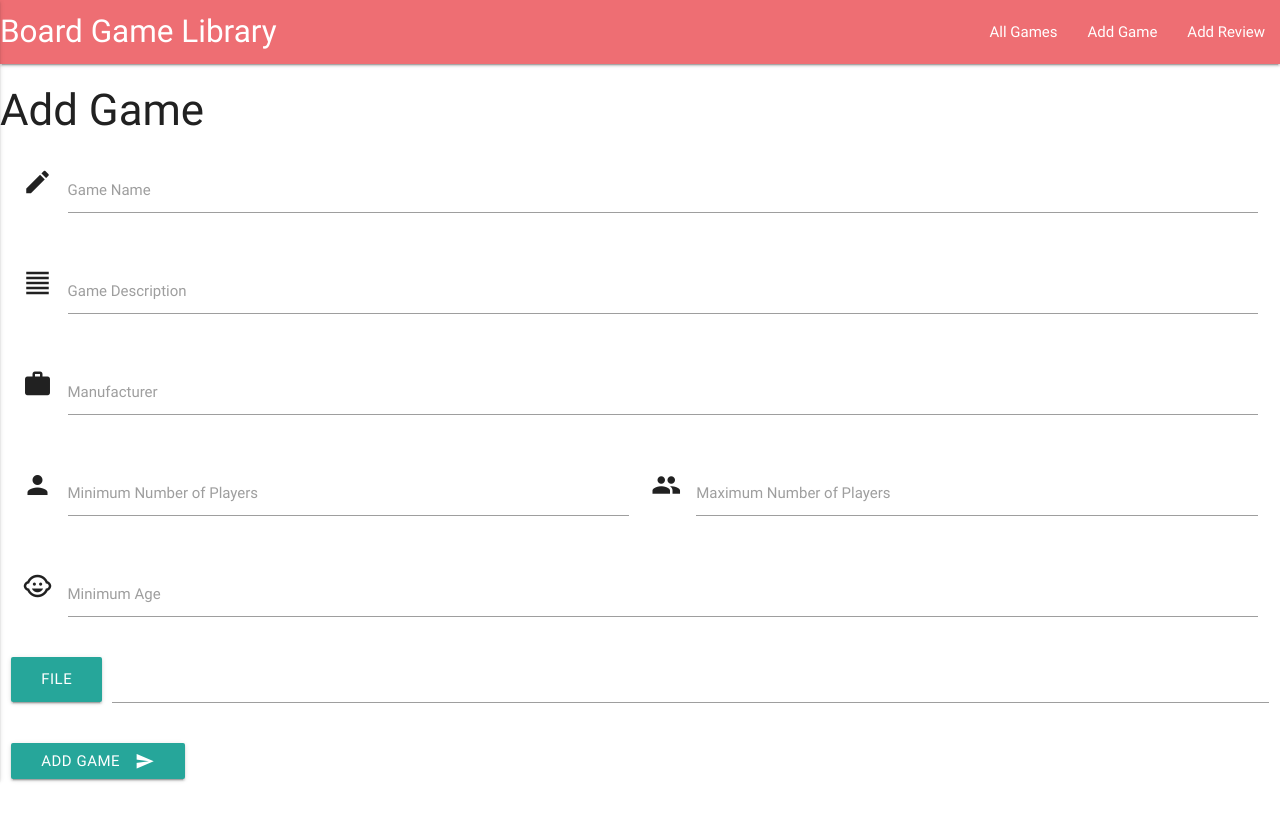
Repository: arcorco/dcd-milestone
Page: http://localhost/add_game
The author's editor kept a record of every edit. The page is drawn from the files as they stood at one moment, then again after the next edit.
The browser window is 1280 px wide. The pictures show the whole page.
Some web libraries are served in a nearby version. The page is served by the project's application, run on Flask 3 (app.py).

Above is the page before.

### templates/addgame.html
{% extends 'base.html'%} {% block content %}

<h3>Add Game</h3>
<div class="row">
  <form action="{{url_for('insert_game')}}" method="POST" class="col s12" enctype="multipart/form-data">
    <div class="row">
      <div class="input-field col s12">
        <i class="material-icons prefix">create</i>
        <input id="game_name" name="game_name" type="text" class="validate">
        <label for="game_name">Game Name</label>
      </div>
    </div>
    <div class="row">
      <div class="input-field col s12">
        <i class="material-icons prefix">format_align_justify</i>
        <input id="game_description" name="game_description" type="text" class="validate" data-length="120" />
        <label for="game_description">Game Description</label>
      </div>
    </div>
    <div class="row">
      <div class="input-field col s12">
        <i class="material-icons prefix">work</i>
        <input id="manufacturer" name="manufacturer" type="text" class="validate">
        <label for="manufacturer">Manufacturer</label>
      </div>
    </div>
    <div class="row">
      <div class="input-field col s6">
        <i class="material-icons prefix">person</i>
        <input name="number_of_players_min" id="number_of_players_min" type="text" class="validate">
        <label for="number_of_players_min">Minimum Number of Players</label>
      </div>

      <div class="input-field col s6">
        <i class="material-icons prefix">group</i>
        <input id="number_of_players_max" name="number_of_players_max" type="text" class="validate">
        <label for="number_of_players_max">Maximum Number of Players</label>
      </div>
    </div>
    <div class="row">
      <div class="input-field col s12">
        <i class="material-icons prefix">child_care</i>
        <input id="age_range" name="age_range" type="text" class="validate">
        <label for="age_range">Minimum Age</label>
      </div>
    </div>
    <div class="row">
      <div class="file-field input-field">
        <div class="btn tooltipped">
          <span>File</span>
          <input type="file" name="game_image" id="game_image">
        </div>
        <div class="file-path-wrapper">
          <input class="file-path validate" type="text">
        </div>
      </div>
    </div>
    <div class="row">
      <button class="btn waves-effect waves-light" type="submit">Add Game
    <i class="material-icons right">send</i>
  </button>
    </div>

  </form>
</div>

{% endblock %}

### templates/base.html
<!DOCTYPE html>
<html>

<head>
    <link href="https://fonts.googleapis.com/icon?family=Material+Icons" rel="stylesheet">
    <link rel="stylesheet" href="https://cdnjs.cloudflare.com/ajax/libs/materialize/0.100.2/css/materialize.min.css">
    <link rel="stylesheet" type="text/css" href="//cdn.jsdelivr.net/npm/slick-carousel@1.8.1/slick/slick.css" />
    <link rel="stylesheet" href="{{url_for('static', filename='css/style.css')}}" type="text/css" />
</head>

<body>
    <header>
        <nav>
            <div class="nav-wrapper">
                <a href="#" class="brand-logo">Board Game Library</a>
                <a href="#" data-activates="mobile-demo" class="button-collapse"><i class="material-icons">menu</i></a>
                <ul id="nav-mobile" class="right hide-on-med-and-down">
                    <li><a href="{{url_for('get_games')}}">All Games</a></li>
                    <li><a href="{{url_for('add_game')}}">Add Game</a></li>
                    <li><a href="{{url_for('add_review')}}">Add Review</a></li>
                </ul>

                <ul class="side-nav" id="mobile-demo">
                    <li><a href="{{url_for('get_games')}}">All Games</a></li>
                    <li><a href="{{url_for('add_game')}}">Add Game</a></li>
                    <li><a href="{{url_for('add_review')}}">Add Review</a></li>
                </ul>
            </div>
        </nav>
    </header>
    {% block content %} {% endblock %}

    <script src="https://cdnjs.cloudflare.com/ajax/libs/jquery/3.2.1/jquery.min.js"></script>
    <script src="https://cdnjs.cloudflare.com/ajax/libs/materialize/0.100.2/js/materialize.min.js"></script>
    <script type="text/javascript" src="//cdn.jsdelivr.net/npm/slick-carousel@1.8.1/slick/slick.min.js"></script>
    <script type="text/javascript">
        $(document).ready(function() {
            $('.game-carousel').slick({});

            $('input#game_description').characterCounter();

            $('select').material_select();

            $('.button-collapse').sideNav();

            $('.materialboxed').materialbox();

            $('.tooltipped').tooltip();

            function dropdown_validation()
            {
                if(document.getElementById("rating").value == "")
                {
                    alert("Please select a rating out of 5")
                }
            }


        });
    </script>
</body>

</html>

### app.py
import os
from flask import Flask, render_template, redirect, request, url_for
from flask_pymongo import PyMongo
from bson.objectid import ObjectId

app = Flask(__name__)

app.config["MONGO_DNAME"] = 'game_review'
app.config["MONGO_URI"] = 'mongodb+srv://first_user:WG9zKqgDwfDTHNa@myfirstcluster-74ub4.mongodb.net/game_review?retryWrites=true&w=majority'
#environment variable for username and password

mongo = PyMongo(app)

@app.route('/')

@app.route('/file/<filename>')
def file(filename):
    return mongo.send_file(filename)

@app.route('/get_games')
def get_games():
    return render_template('games.html', games=mongo.db.games.find())

@app.route('/add_game')
def add_game():
    return render_template('addgame.html')

@app.route('/insert_game', methods=['POST'])
def insert_game():
    if 'game_image' in request.files:
        game_image = request.files['game_image']
        mongo.save_file(game_image.filename, game_image)
    games = mongo.db.games
    new_game = request.form.to_dict()
    min_players = new_game.get("number_of_players_min")
    max_players = new_game.get("number_of_players_max")
    players = "%s-%s" % (min_players, max_players)
    new_game.update( {'number_of_players' : players} )
    new_game.update( {'game_image_name' : game_image.filename})
    games.insert_one(new_game)
    return redirect(url_for('get_games'))

@app.route('/edit_game/<game_id>')
def edit_game(game_id):
    the_game = mongo.db.games.find_one({"_id": ObjectId(game_id)})
    return render_template('editgame.html', game=the_game)

@app.route('/update_game/<game_id>', methods=["POST"])
def update_game(game_id):
    if 'game_image' in request.files:
        game_image = request.files['game_image']
        mongo.save_file(game_image.filename, game_image)
    games = mongo.db.games
    the_game = mongo.db.games.find_one({"_id": ObjectId(game_id)})
    game_image_name = the_game.get('game_image_name')
    if game_image_name == "":
        games.update( {'_id': ObjectId(game_id)},
        { '$set': {
            'game_name':request.form.get('game_name'),
            'game_description':request.form.get('game_description'),
            'manufacturer':request.form.get('manufacturer'),
            'number_of_players_min':request.form.get('number_of_players_min'),
            'number_of_players_max':request.form.get('number_of_players_max'),
            'number_of_players':"%s-%s" % (request.form.get('number_of_players_min'), request.form.get('number_of_players_max')),
            'age_range': request.form.get('age_range'),
            'game_image_name': game_image.filename
        }})
    else:
        games.update_one( {'_id': ObjectId(game_id)},
        { '$set': {
            'game_name':request.form.get('game_name'),
            'game_description':request.form.get('game_description'),
            'manufacturer':request.form.get('manufacturer'),
            'number_of_players_min':request.form.get('number_of_players_min'),
            'number_of_players_max':request.form.get('number_of_players_max'),
            'number_of_players':"%s-%s" % (request.form.get('number_of_players_min'), request.form.get('number_of_players_max')),
            'age_range': request.form.get('age_range')
        }})
    return redirect(url_for('get_games'))

@app.route('/delete_game/<game_id>')
def delete_game(game_id):
    mongo.db.games.remove({'_id': ObjectId(game_id)})
    return redirect(url_for('get_games'))

@app.route('/get_reviews')
def get_reviews():
    return render_template('reviews.html', reviews=mongo.db.reviews.find())

@app.route('/add_review')
def add_review():
    return render_template('addreview.html', games=mongo.db.games.find())

@app.route('/insert_review', methods=['POST'])
def insert_review():
    reviews = mongo.db.reviews
    new_review = request.form.to_dict()
    recommended = new_review.get("recommended")
    if recommended == "on":
        new_review.update( {'recommended' : 'Yes'} )
    else:
        new_review.update( {'recommended' : 'No' })
    reviews.insert_one(new_review)
    return redirect(url_for('get_reviews'))

@app.route('/edit_review/<review_id>')
def edit_review(review_id):
    the_review = mongo.db.reviews.find_one({"_id": ObjectId(review_id)})
    return render_template('editreview.html', review=the_review, games=mongo.db.games.find())

@app.route('/update_review/<review_id>', methods=["POST"])
def update_review(review_id):
    reviews = mongo.db.reviews
    updated_review = request.form.to_dict()
    recommended = updated_review.get("recommended")
    if recommended == "on":
        reviews.update({'_id':ObjectId(review_id)},
        {
            'game_name':request.form.get('game_name'),
            'review':request.form.get('review'),
            'rating':request.form.get('rating'),
            'recommended': "Yes"
        })
    else:
        reviews.update({'_id':ObjectId(review_id)},
        {
            'game_name':request.form.get('game_name'),
            'review':request.form.get('review'),
            'rating':request.form.get('rating'),
            'recommended': "No"
        })
    return redirect(url_for('get_reviews'))

@app.route('/delete_review/<review_id>')
def delete_review(review_id):
    mongo.db.reviews.remove({'_id': ObjectId(review_id)})
    return redirect(url_for('get_reviews'))

@app.route('/game_review/<game_name>')
def game_review(game_name):
    return render_template('gamereviews.html', reviews=mongo.db.reviews.find({"game_name": game_name}))

if __name__ == "__main__":
    app.run(host=os.environ.get('IP'),
            port=int(os.environ.get('PORT')),
            debug=True)

Loaded but not shown: static/css/style.css (common file)

After the next edit:
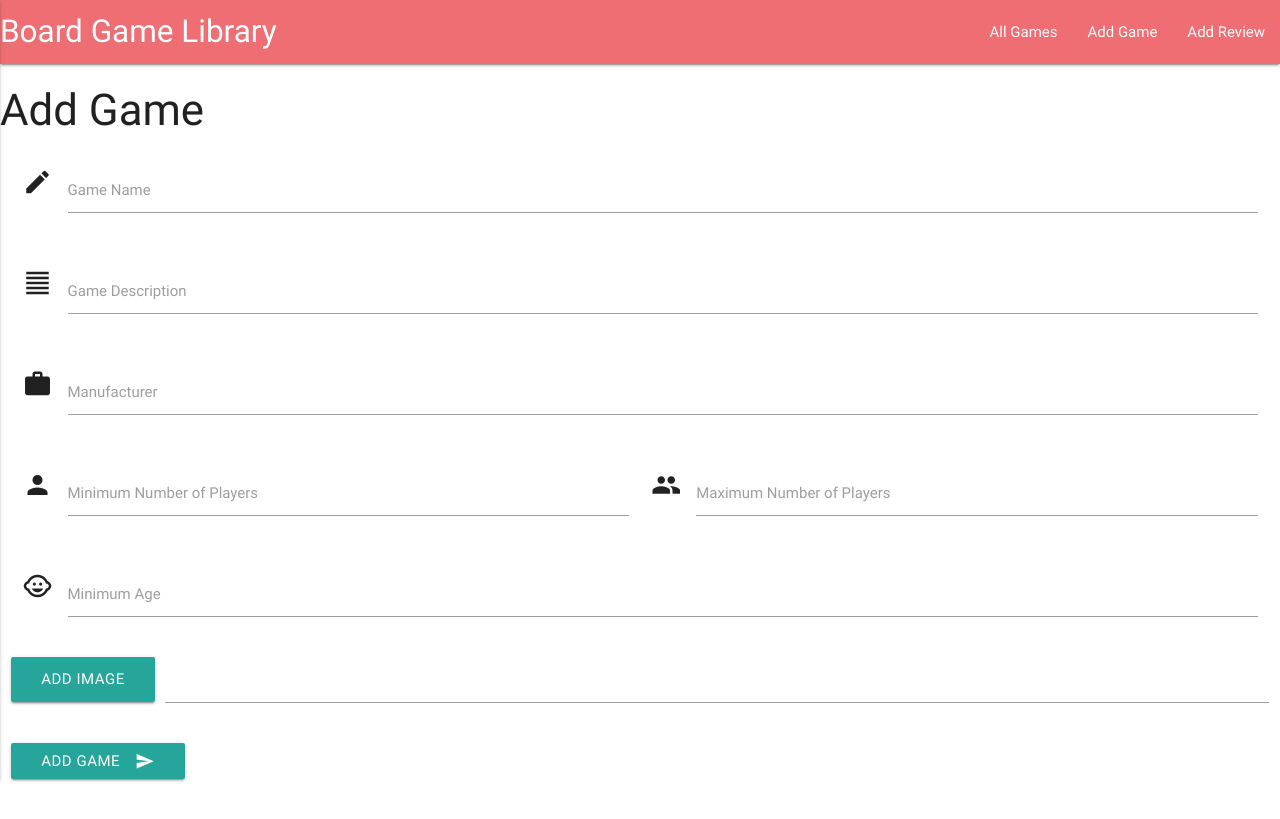
The edit:
--- a/templates/addgame.html
+++ b/templates/addgame.html
@@ -46,8 +46,8 @@
     </div>
     <div class="row">
       <div class="file-field input-field">
-        <div class="btn tooltipped">
-          <span>File</span>
+        <div class="btn tooltipped" data-position="top" data-tooltip="If no image is provided, a default image will be used.">
+          <span>ADD IMAGE</span>
           <input type="file" name="game_image" id="game_image">
         </div>
         <div class="file-path-wrapper">
